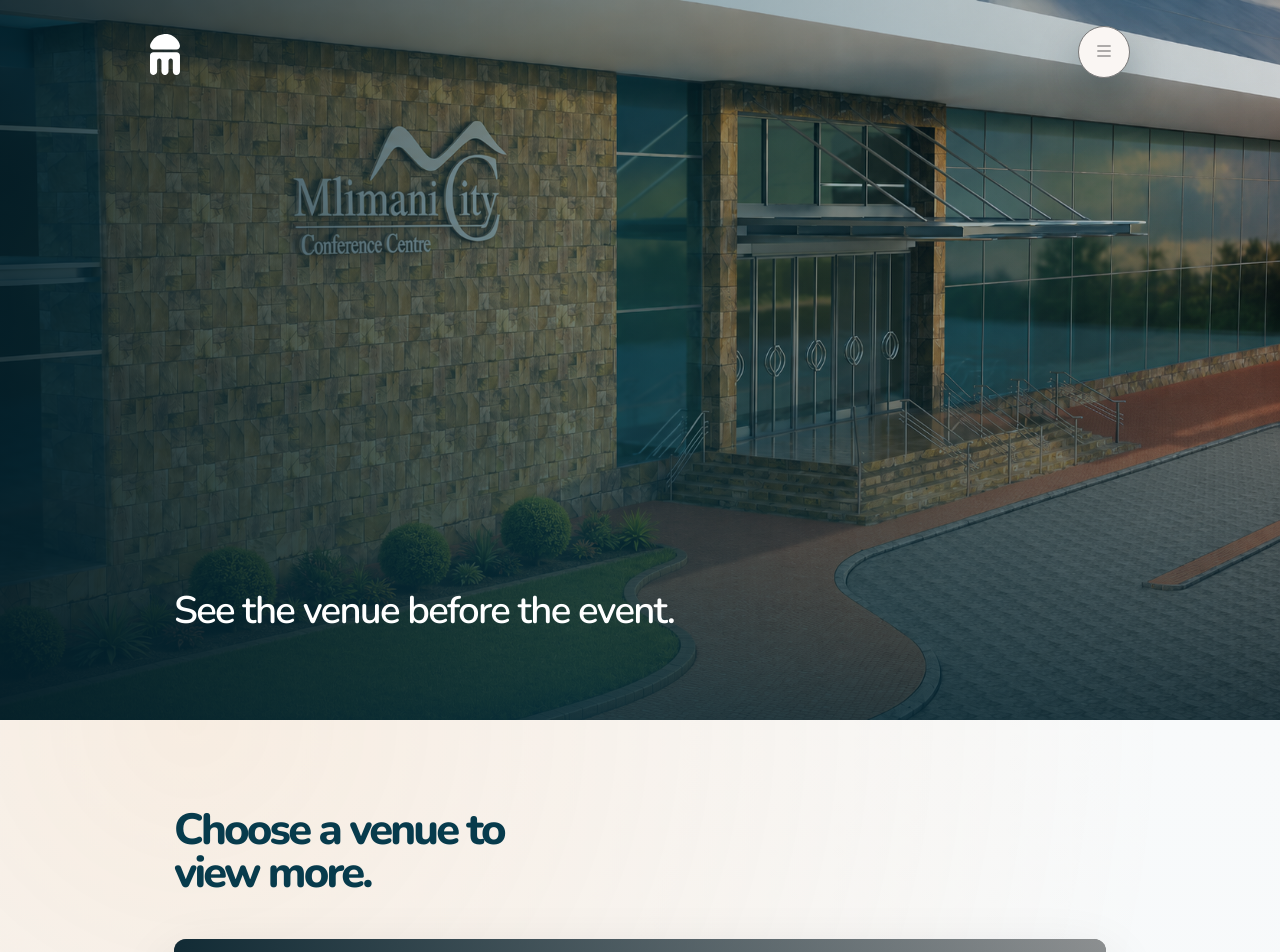
Repository: abdulprism/mustapha
Page: http://localhost/routes/venues.html
The author's editor kept a copy of each file at every save. The page is drawn from the files as they stood at one save, then again after the next save.
The browser window is 1280 px wide. The pictures show the part of the page from y = 0 to 952 px (the page is 5174 px tall).
Pictures or frames that could not be fetched are drawn as grey boxes. The page is run by PHP 8.4 with error messages shown; the project is at /var/www/html/.

Above is the page before, as saved 2026-05-25 01:06:25.

After the next save:
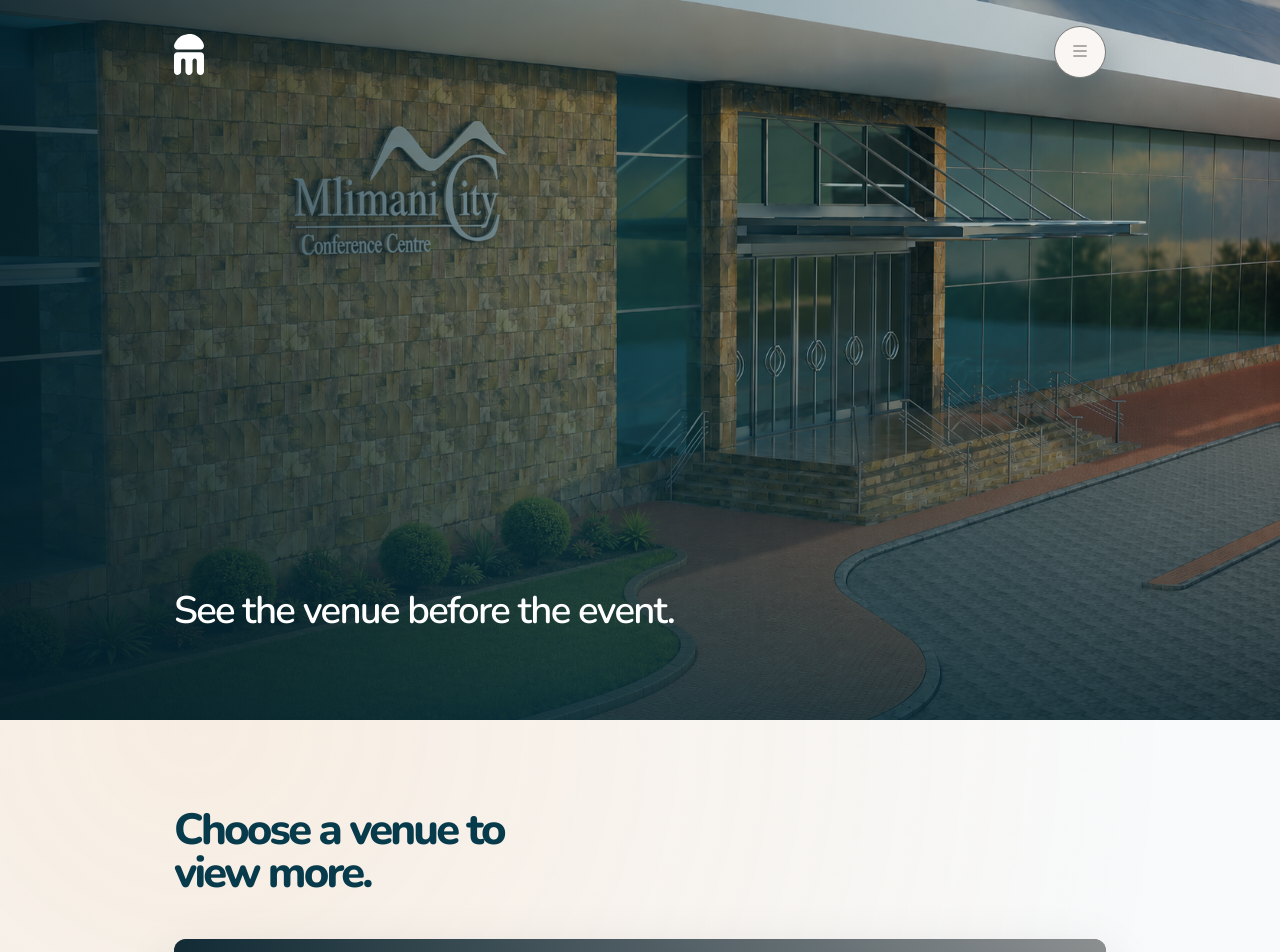
Saved 98 s later.
--- a/public/css/header.css
+++ b/public/css/header.css
@@ -14,6 +14,7 @@
       align-items: center;
       justify-content: space-between;
       pointer-events: none;
+      padding: 0 24px;
     }
 
     .logo {
